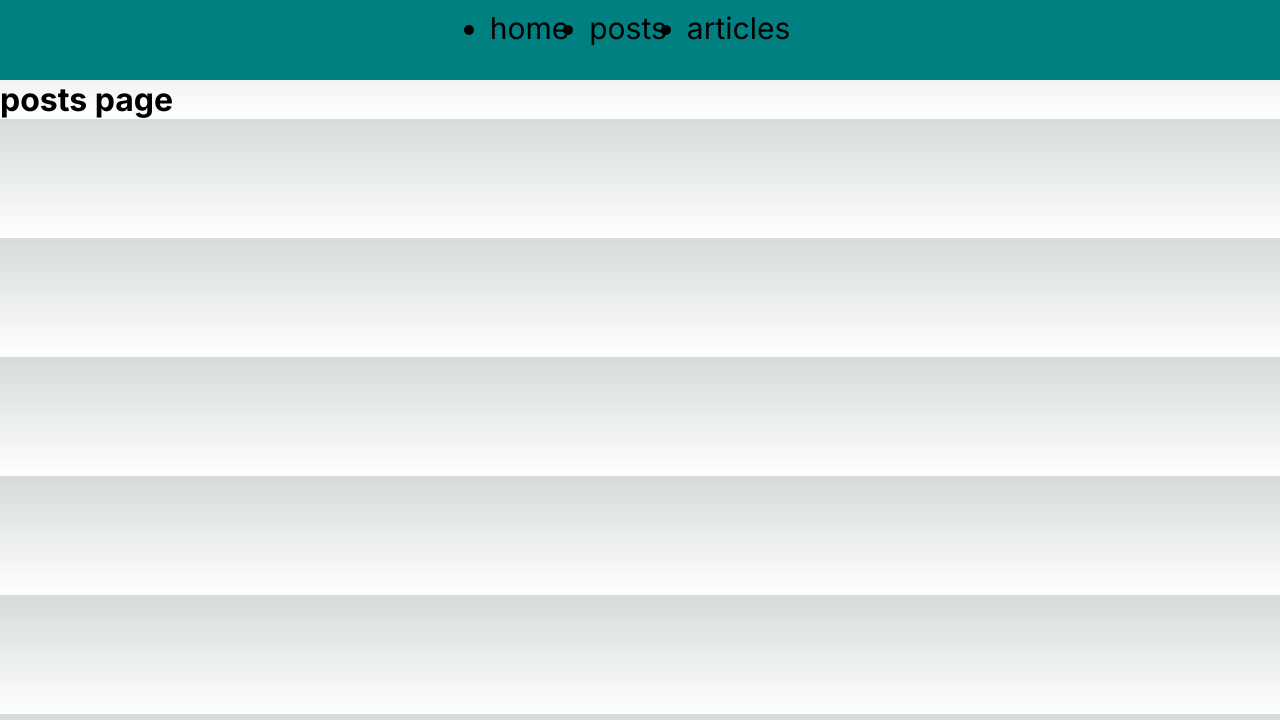
Repository: abdulrahmanmahmood/The-first-Next-js-app
Page: /posts
The author's editor kept a copy of each file at every save. The page is drawn from the files as they stood at one save, then again after the next save.
The browser window is 1280 px wide. The pictures show the whole page.
The project was rebuilt for these pictures with package versions that can differ from the ones it lists, and the page was loaded fresh each time. The framework's server and built-in components were replaced by stand-ins that run in the browser. Also part of the build but not shown: next.config.js.

Above is the page before, as saved 2023-10-29 23:25:51.

After the next save:
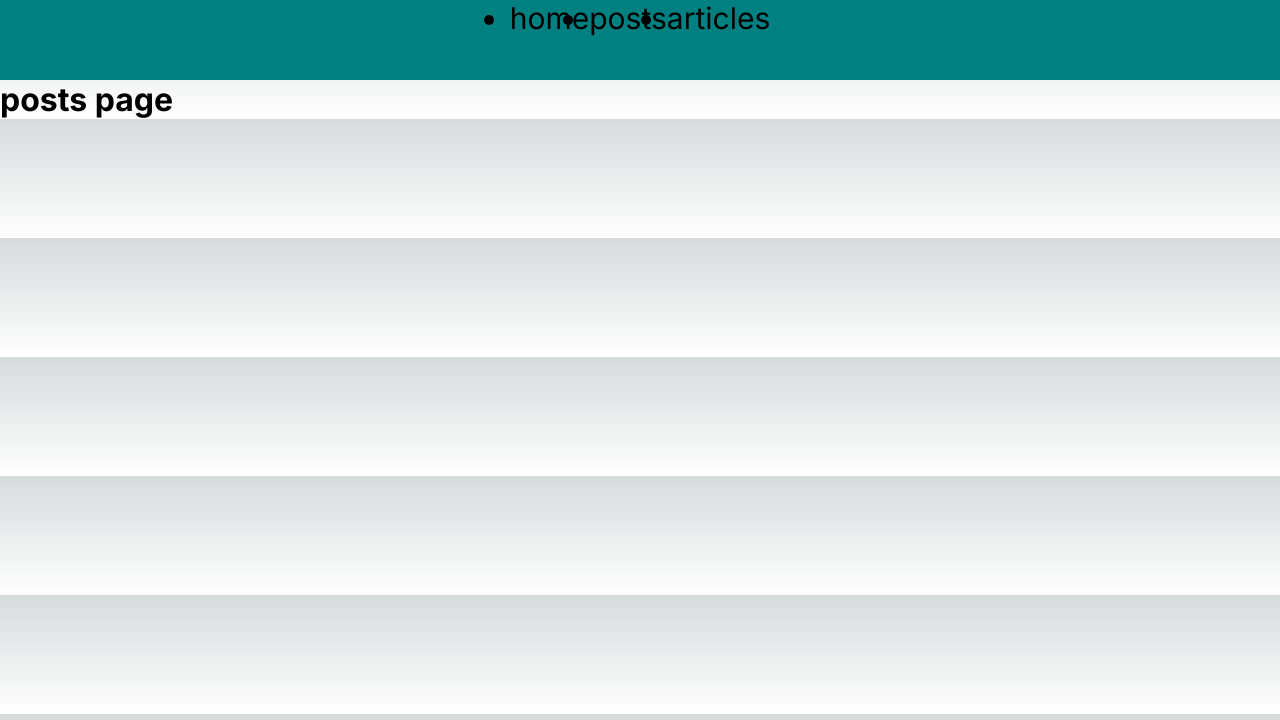
Saved 23 s later.
--- a/app/layout.js
+++ b/app/layout.js
@@ -35,13 +35,13 @@ export default function RootLayout({ children }) {
             justifyContent:"space-around",
             // alignItems:"center"
           }}>
-                        <li style={{margin:"10px"}}>
+                        <li >
               <Link href="/home">home</Link>
             </li>
-            <li style={{margin:"10px"}}>
+            <li >
               <Link href="/posts">posts</Link>
             </li>
-            <li style={{margin:"10px"}}>
+            <li >
               <Link href="/articles">articles</Link>
             </li>
           </ul>
